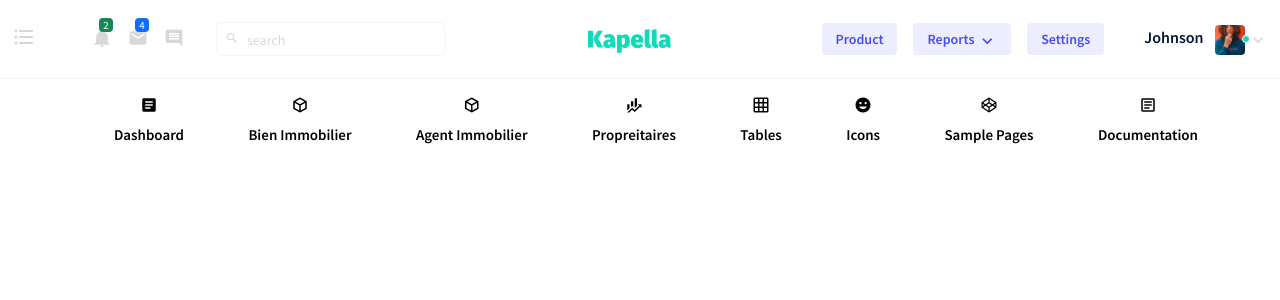
Repository: dimitri0004/Bien
Page: templates/base.html.twig
An editor plug-in stored every save of this project. The page is shown before and after the next save, followed by the edit.
The browser window is 1280 px wide. The pictures show the whole page.
The page is a Twig template of a Symfony application; nobody is signed in and links lead nowhere. The template is opened directly, without the code that normally fills it, so the values that code supplies are empty.

Above is the page before, as saved 2023-04-03 12:07:31.
Console error: TypeError: Cannot read properties of null (reading 'addEventListener')

### templates/base.html.twig
<!DOCTYPE html>
<html>
    <head>
        <meta charset="UTF-8">
        <meta name="viewport" content="width=device-width, initial-scale=1, shrink-to-fit=no">
        <title>{% block title %}Welcome!{% endblock %}</title>
        <link rel="icon" href="data:[embedded picture, 143 characters]">
        {# Run `composer require symfony/webpack-encore-bundle` to start using Symfony UX #}
        <!-- Required meta tags -->
        <!-- base:css -->




        {% block stylesheets %}
            <link rel="stylesheet" href="{{asset('vendors/base/vendor.bundle.base.css')}}">
            <link rel="stylesheet" href="{{asset('vendors/mdi/css/materialdesignicons.min.css')}}">
            <link rel="stylesheet" href="{{asset('css/style.css')}}">
            <link rel="shortcut icon" href="{{asset('images/favicon.png')}}" >

        {% endblock %}



        {% block javascripts %} {% endblock %}

        <script src="{{asset('vendors/base/vendor.bundle.base.js')}}" defer></script>
        <script src="{{asset('js/template.js')}}" defer></script>
        <script src="{{asset('vendors/chart.js/Chart.min.js')}}"defer></script>
        <script src="{{asset('vendors/progressbar.js/progressbar.min.js')}}"></script>
        <script src="{{asset('vendors/chartjs-plugin-datalabels/chartjs-plugin-datalabels.js')}}"defer></script>
        <script src="{{asset('vendors/justgage/raphael-2.1.4.min.js')}}"defer></script>
        <script src="{{asset('vendors/justgage/justgage.js')}}"defer></script>
        <script src="{{asset('js/jquery.cookie.js')}}" type="text/javascript" defer></script>
        <script src="{{asset('js/dashboard.js')}}" defer></script>



    </head>
    <body>
        {% include "_partiels/nav.html.twig" %}
        {% block body %}

        {% endblock %}
    </body>
</html>

### templates/_partiels/nav.html.twig

<div class="container-scroller">
    <div class="row p-0 m-0 proBanner" id="proBanner">
        <div class="col-md-12 p-0 m-0">

        </div>
    </div>
<!-- partial:partials/_horizontal-navbar.html -->
<div class="horizontal-menu">
<nav class="navbar top-navbar col-lg-12 col-12 p-0">
<div class="container-fluid">
<div class="navbar-menu-wrapper d-flex align-items-center justify-content-between">
<ul class="navbar-nav navbar-nav-left">
  <li class="nav-item ms-0 me-5 d-lg-flex d-none">
    <a href="#" class="nav-link horizontal-nav-left-menu"><i class="mdi mdi-format-list-bulleted"></i></a>
  </li>
  <li class="nav-item dropdown">
    <a class="nav-link count-indicator dropdown-toggle d-flex align-items-center justify-content-center" id="notificationDropdown" href="#" data-bs-toggle="dropdown">
      <i class="mdi mdi-bell mx-0"></i>
      <span class="count bg-success">2</span>
    </a>
    <div class="dropdown-menu dropdown-menu-right navbar-dropdown preview-list" aria-labelledby="notificationDropdown">
      <p class="mb-0 font-weight-normal float-left dropdown-header">Notifications</p>
      <a class="dropdown-item preview-item">
        <div class="preview-thumbnail">
            <div class="preview-icon bg-success">
              <i class="mdi mdi-information mx-0"></i>
            </div>
        </div>
        <div class="preview-item-content">
            <h6 class="preview-subject font-weight-normal">Application Error</h6>
            <p class="font-weight-light small-text mb-0 text-muted">
              Just now
            </p>
        </div>
      </a>
      <a class="dropdown-item preview-item">
        <div class="preview-thumbnail">
            <div class="preview-icon bg-warning">
              <i class="mdi mdi-settings mx-0"></i>
            </div>
        </div>
        <div class="preview-item-content">
            <h6 class="preview-subject font-weight-normal">Settings</h6>
            <p class="font-weight-light small-text mb-0 text-muted">
              Private message
            </p>
        </div>
      </a>
      <a class="dropdown-item preview-item">
        <div class="preview-thumbnail">
            <div class="preview-icon bg-info">
              <i class="mdi mdi-account-box mx-0"></i>
            </div>
        </div>
        <div class="preview-item-content">
            <h6 class="preview-subject font-weight-normal">New user registration</h6>
            <p class="font-weight-light small-text mb-0 text-muted">
              2 days ago
            </p>
        </div>
      </a>
    </div>
  </li>
  <li class="nav-item dropdown">
    <a class="nav-link count-indicator dropdown-toggle d-flex justify-content-center align-items-center" id="messageDropdown" href="#" data-bs-toggle="dropdown">
      <i class="mdi mdi-email mx-0"></i>
      <span class="count bg-primary">4</span>
    </a>
    <div class="dropdown-menu dropdown-menu-right navbar-dropdown preview-list" aria-labelledby="messageDropdown">
      <p class="mb-0 font-weight-normal float-left dropdown-header">Messages</p>
      <a class="dropdown-item preview-item">
        <div class="preview-thumbnail">
            <img src="images/faces/face4.jpg" alt="image" class="profile-pic">
        </div>
        <div class="preview-item-content flex-grow">
            <h6 class="preview-subject ellipsis font-weight-normal">David Grey
            </h6>
            <p class="font-weight-light small-text text-muted mb-0">
              The meeting is cancelled
            </p>
        </div>
      </a>
      <a class="dropdown-item preview-item">
        <div class="preview-thumbnail">
            <img src="images/faces/face2.jpg" alt="image" class="profile-pic">
        </div>
        <div class="preview-item-content flex-grow">
            <h6 class="preview-subject ellipsis font-weight-normal">Tim Cook
            </h6>
            <p class="font-weight-light small-text text-muted mb-0">
              New product launch
            </p>
        </div>
      </a>
      <a class="dropdown-item preview-item">
        <div class="preview-thumbnail">
            <img src="images/faces/face3.jpg" alt="image" class="profile-pic">
        </div>
        <div class="preview-item-content flex-grow">
            <h6 class="preview-subject ellipsis font-weight-normal"> Johnson
            </h6>
            <p class="font-weight-light small-text text-muted mb-0">
              Upcoming board meeting
            </p>
        </div>
      </a>
    </div>
  </li>
  <li class="nav-item dropdown">
    <a href="#" class="nav-link count-indicator "><i class="mdi mdi-message-reply-text"></i></a>
  </li>
  <li class="nav-item nav-search d-none d-lg-block ms-3">
    <div class="input-group">
        <div class="input-group-prepend">
          <span class="input-group-text" id="search">
            <i class="mdi mdi-magnify"></i>
          </span>
        </div>
        <input type="text" class="form-control" placeholder="search" aria-label="search" aria-describedby="search">
    </div>
  </li>
</ul>
<div class="text-center navbar-brand-wrapper d-flex align-items-center justify-content-center">
    <a class="navbar-brand brand-logo" href="index.html"><img src="images/logo.svg" alt="logo"/></a>
    <a class="navbar-brand brand-logo-mini" href="index.html"><img src="images/logo-mini.svg" alt="logo"/></a>
</div>
<ul class="navbar-nav navbar-nav-right">
    <li class="nav-item dropdown  d-lg-flex d-none">
      <button type="button" class="btn btn-inverse-primary btn-sm">Product </button>
    </li>
    <li class="nav-item dropdown d-lg-flex d-none">
      <a class="dropdown-toggle show-dropdown-arrow btn btn-inverse-primary btn-sm" id="nreportDropdown" href="#" data-bs-toggle="dropdown">
      Reports
      </a>
      <div class="dropdown-menu dropdown-menu-right navbar-dropdown preview-list" aria-labelledby="nreportDropdown">
          <p class="mb-0 font-weight-medium float-left dropdown-header">Reports</p>
          <a class="dropdown-item">
            <i class="mdi mdi-file-pdf text-primary"></i>
            Pdf
          </a>
          <a class="dropdown-item">
            <i class="mdi mdi-file-excel text-primary"></i>
            Exel
          </a>
      </div>
    </li>
    <li class="nav-item dropdown d-lg-flex d-none">
      <button type="button" class="btn btn-inverse-primary btn-sm">Settings</button>
    </li>
    <li class="nav-item nav-profile dropdown">
      <a class="nav-link dropdown-toggle" href="#" data-bs-toggle="dropdown" id="profileDropdown">
        <span class="nav-profile-name">Johnson</span>
        <span class="online-status"></span>
        <img src="images/faces/face28.png" alt="profile"/>
      </a>
      <div class="dropdown-menu dropdown-menu-right navbar-dropdown" aria-labelledby="profileDropdown">
          <a class="dropdown-item">
            <i class="mdi mdi-settings text-primary"></i>
            Settings
          </a>
          <a class="dropdown-item">
            <i class="mdi mdi-logout text-primary"></i>
            Logout
          </a>
      </div>
    </li>
</ul>
<button class="navbar-toggler navbar-toggler-right d-lg-none align-self-center" type="button" data-toggle="horizontal-menu-toggle">
  <span class="mdi mdi-menu"></span>
</button>
</div>
</div>
</nav>
<nav class="bottom-navbar">
<div class="container">
<ul class="nav page-navigation">
  <li class="nav-item">
    <a class="nav-link" href="index.html">
      <i class="mdi mdi-file-document-box menu-icon"></i>
      <span class="menu-title">Dashboard</span>
    </a>
  </li>
  <li class="nav-item">
      <a href="#" class="nav-link">
        <i class="mdi mdi-cube-outline menu-icon"></i>
        <span class="menu-title">Bien Immobilier</span>
        <i class="menu-arrow"></i>
      </a>
      <div class="submenu">
          <ul>
              <li class="nav-item"><a class="nav-link" href="pages/ui-features/buttons.html">Ajouter</a></li>
              <li class="nav-item"><a class="nav-link" href="pages/ui-features/typography.html">Lister</a></li>
              <li class="nav-item"><a class="nav-link" href="pages/ui-features/typography.html">Afficher</a></li>
          </ul>
      </div>
  </li>
  <li class="nav-item">
      <a href="pages/forms/basic_elements.html" class="nav-link">
        <i class="mdi mdi-cube-outline menu-icon"></i>
        <span class="menu-title">Agent Immobilier</span>
        <i class="menu-arrow"></i>
      </a>
      <div class="submenu">
      <ul>
            <li class="nav-item"><a class="nav-link" href="pages/ui-features/buttons.html">Ajouter</a></li>
            <li class="nav-item"><a class="nav-link" href="pages/ui-features/typography.html">Lister</a></li>
            <li class="nav-item"><a class="nav-link" href="pages/ui-features/typography.html">Afficher</a></li>
      </ul>
    </div>
  </li>
  <li class="nav-item">
      <a href="pages/charts/chartjs.html" class="nav-link">
        <i class="mdi mdi-finance menu-icon"></i>
        <span class="menu-title">Propreitaires</span>
        <i class="menu-arrow"></i>
      </a>
      <div class="submenu">
        <ul>
            <li class="nav-item"><a class="nav-link" href="pages/ui-features/buttons.html">Ajouter</a></li>
            <li class="nav-item"><a class="nav-link" href="pages/ui-features/typography.html">Afficher</a></li>
        </ul>
    </div>
  </li>
  <li class="nav-item">
      <a href="pages/tables/basic-table.html" class="nav-link">
        <i class="mdi mdi-grid menu-icon"></i>
        <span class="menu-title">Tables</span>
        <i class="menu-arrow"></i>
      </a>
  </li>
  <li class="nav-item">
      <a href="pages/icons/mdi.html" class="nav-link">
        <i class="mdi mdi-emoticon menu-icon"></i>
        <span class="menu-title">Icons</span>
        <i class="menu-arrow"></i>
      </a>
  </li>
  <li class="nav-item">
      <a href="#" class="nav-link">
        <i class="mdi mdi-codepen menu-icon"></i>
        <span class="menu-title">Sample Pages</span>
        <i class="menu-arrow"></i>
      </a>
      <div class="submenu">
          <ul class="submenu-item">
              <li class="nav-item"><a class="nav-link" href="pages/samples/login.html">Login</a></li>
              <li class="nav-item"><a class="nav-link" href="pages/samples/login-2.html">Login 2</a></li>
              <li class="nav-item"><a class="nav-link" href="pages/samples/register.html">Register</a></li>
              <li class="nav-item"><a class="nav-link" href="pages/samples/register-2.html">Register 2</a></li>
              <li class="nav-item"><a class="nav-link" href="pages/samples/lock-screen.html">Lockscreen</a></li>
          </ul>
      </div>
  </li>
  <li class="nav-item">
      <a href="docs/documentation.html" class="nav-link">
        <i class="mdi mdi-file-document-box-outline menu-icon"></i>
        <span class="menu-title">Documentation</span></a>
  </li>
</ul>
</div>
</nav>
</div>

### public/js/template.js
(function($) {
  'use strict';
  $(function() {
    var body = $('body');
    var contentWrapper = $('.content-wrapper');
    var scroller = $('.container-scroller');
    var footer = $('.footer');
    var sidebar = $('.sidebar');

    //Add active class to nav-link based on url dynamically
    //Active class can be hard coded directly in html file also as required

    function addActiveClass(element) {
      if (current === "") {
        //for root url
        if (element.attr('href').indexOf("index.html") !== -1) {
          element.parents('.nav-item').last().addClass('active');
          if (element.parents('.sub-menu').length) {
            element.closest('.collapse').addClass('show');
            element.addClass('active');
          }
        }
      } else {
        //for other url
        if (element.attr('href').indexOf(current) !== -1) {
          element.parents('.nav-item').last().addClass('active');
          if (element.parents('.sub-menu').length) {
            element.closest('.collapse').addClass('show');
            element.addClass('active');
          }
          if (element.parents('.submenu-item').length) {
            element.addClass('active');
          }
        }
      }
    }

    var current = location.pathname.split("/").slice(-1)[0].replace(/^\/|\/$/g, '');
    $('.nav li a', sidebar).each(function() {
      var $this = $(this);
      addActiveClass($this);
    })

    $('.horizontal-menu .nav li a').each(function() {
      var $this = $(this);
      addActiveClass($this);
    })

    //Close other submenu in sidebar on opening any

    sidebar.on('show.bs.collapse', '.collapse', function() {
      sidebar.find('.collapse.show').collapse('hide');
    });


    //Change sidebar and content-wrapper height
    applyStyles();

    function applyStyles() {
      //Applying perfect scrollbar
      if (!body.hasClass("rtl")) {
        if ($('.settings-panel .tab-content .tab-pane.scroll-wrapper').length) {
          const settingsPanelScroll = new PerfectScrollbar('.settings-panel .tab-content .tab-pane.scroll-wrapper');
        }
        if ($('.chats').length) {
          const chatsScroll = new PerfectScrollbar('.chats');
        }
        if (body.hasClass("sidebar-fixed")) {
          if($('#sidebar').length) {
            var fixedSidebarScroll = new PerfectScrollbar('#sidebar .nav');
          }
        }
      }
    }

    $('[data-toggle="minimize"]').on("click", function() {
      if ((body.hasClass('sidebar-toggle-display')) || (body.hasClass('sidebar-absolute'))) {
        body.toggleClass('sidebar-hidden');
      } else {
        body.toggleClass('sidebar-icon-only');
      }
    });

    //checkbox and radios
    $(".form-check label,.form-radio label").append('<i class="input-helper"></i>');

    //Horizontal menu in mobile
    $('[data-toggle="horizontal-menu-toggle"]').on("click", function() {
      $(".horizontal-menu .bottom-navbar").toggleClass("header-toggled");
    });
    // Horizontal menu navigation in mobile menu on click
    var navItemClicked = $('.horizontal-menu .page-navigation >.nav-item');
    navItemClicked.on("click", function(event) {
      if(window.matchMedia('(max-width: 991px)').matches) {
        if(!($(this).hasClass('show-submenu'))) {
          navItemClicked.removeClass('show-submenu');
        }
        $(this).toggleClass('show-submenu');
      }
    })

    $(window).scroll(function() {
      if(window.matchMedia('(min-width: 992px)').matches) {
        var header = $('.horizontal-menu');
        if ($(window).scrollTop() >= 70) {
          $(header).addClass('fixed-on-scroll');
        } else {
          $(header).removeClass('fixed-on-scroll');
        }
      }
    });
    if ($.cookie('kapella-free-banner')!="true") {
      document.querySelector('#proBanner').classList.add('d-flex');
    }
    else {
      document.querySelector('#proBanner').classList.add('d-none');
    }
    document.querySelector('#bannerClose').addEventListener('click',function() {
      document.querySelector('#proBanner').classList.add('d-none');
      document.querySelector('#proBanner').classList.remove('d-flex');
      var date = new Date();
      date.setTime(date.getTime() + 24 * 60 * 60 * 1000);
      $.cookie('kapella-free-banner', "true", { expires: date });
    });
  });
})(jQuery);

Loaded but not shown: public/vendors/base/vendor.bundle.base.css (common file); public/vendors/mdi/css/materialdesignicons.min.css (library); public/css/style.css (library); public/vendors/progressbar.js/progressbar.min.js (library); public/vendors/base/vendor.bundle.base.js (library); public/vendors/chart.js/Chart.min.js (library); public/vendors/chartjs-plugin-datalabels/chartjs-plugin-datalabels.js (library); public/vendors/justgage/raphael-2.1.4.min.js (library); public/vendors/justgage/justgage.js (library); public/js/jquery.cookie.js (library); public/images/logo.svg (3 lines, source omitted); public/images/logo-mini.svg (12 lines, source omitted); public/js/dashboard.js (1172 lines, source omitted)

After the next save:
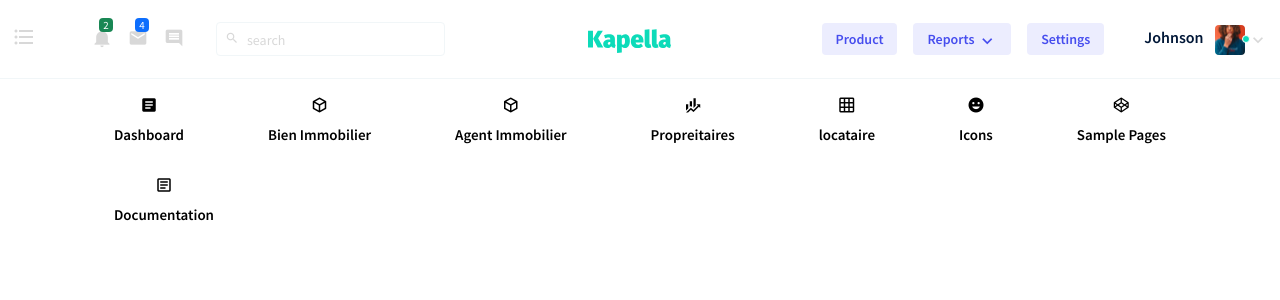
Saved 114 s later.
--- a/templates/_partiels/nav.html.twig
+++ b/templates/_partiels/nav.html.twig
@@ -225,9 +225,15 @@
   <li class="nav-item">
       <a href="pages/tables/basic-table.html" class="nav-link">
         <i class="mdi mdi-grid menu-icon"></i>
-        <span class="menu-title">Tables</span>
-        <i class="menu-arrow"></i>
-      </a>
+        <span class="menu-title">locataire</span>
+        <i class="menu-arrow"></i>
+      </a>
+      <div class="submenu">
+        <ul>
+            <li class="nav-item"><a class="nav-link" href="pages/ui-features/buttons.html">Ajouter</a></li>
+            <li class="nav-item"><a class="nav-link" href="pages/ui-features/typography.html">Afficher</a></li>
+        </ul>
+    </div>
   </li>
   <li class="nav-item">
       <a href="pages/icons/mdi.html" class="nav-link">
